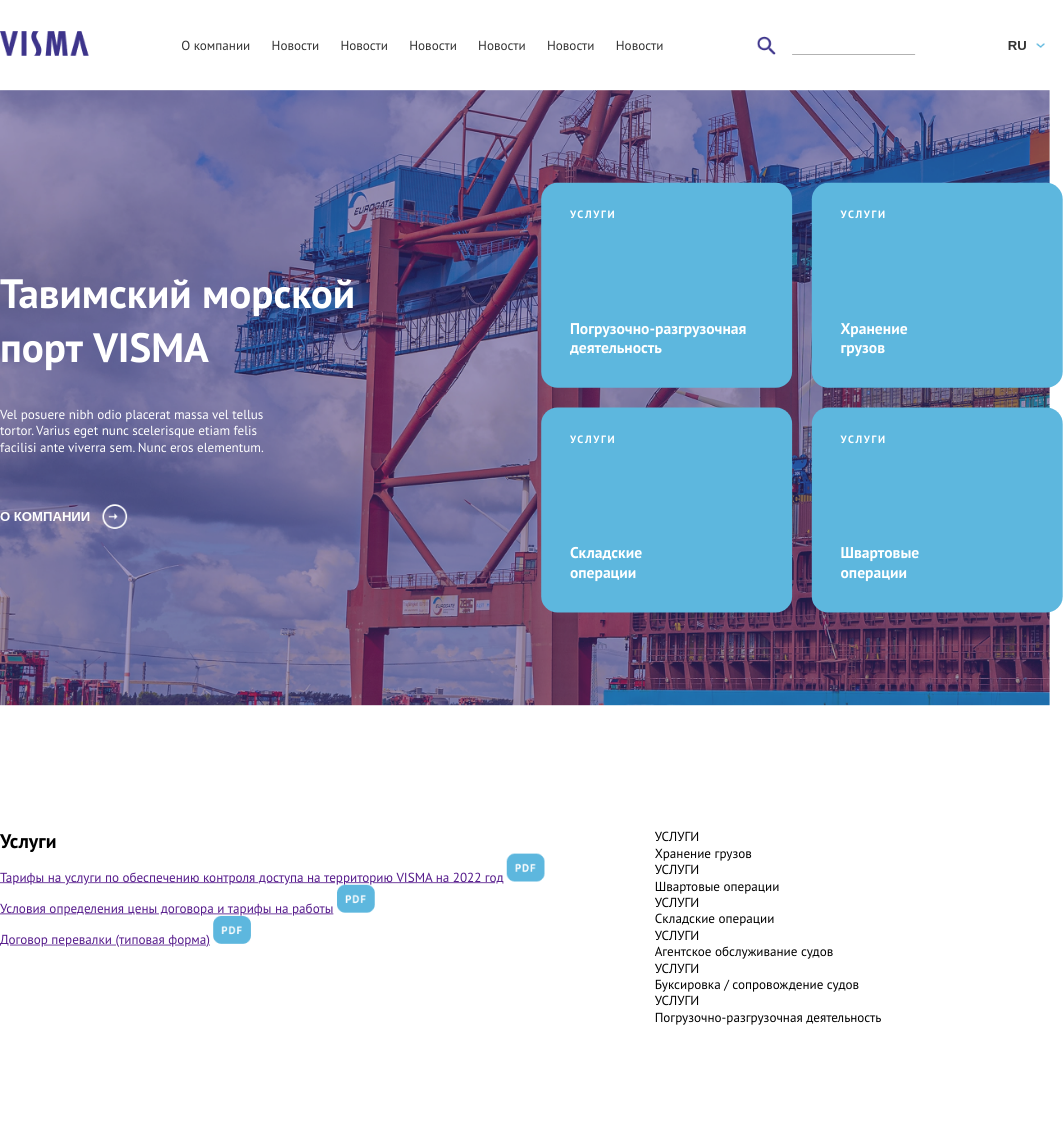
Repository: Shaiyr1/Visma
Page: index.html
These files come from the project's save history. The page is drawn as it stood at one moment and after a run of saves; the edit follows.
The browser window is 1280 px wide. The page is 1296 px wide, so the pictures cover 1296 px, including what lies to the right of the window. The pictures show the whole page, at 82% of full size.
The style sheet was rebuilt from its Sass, Less or Tailwind sources for each picture, by a compiler version that may differ from the author's.

Above is the page before, as saved 2026-09-16 14:32:38.

After the next 2 saves:
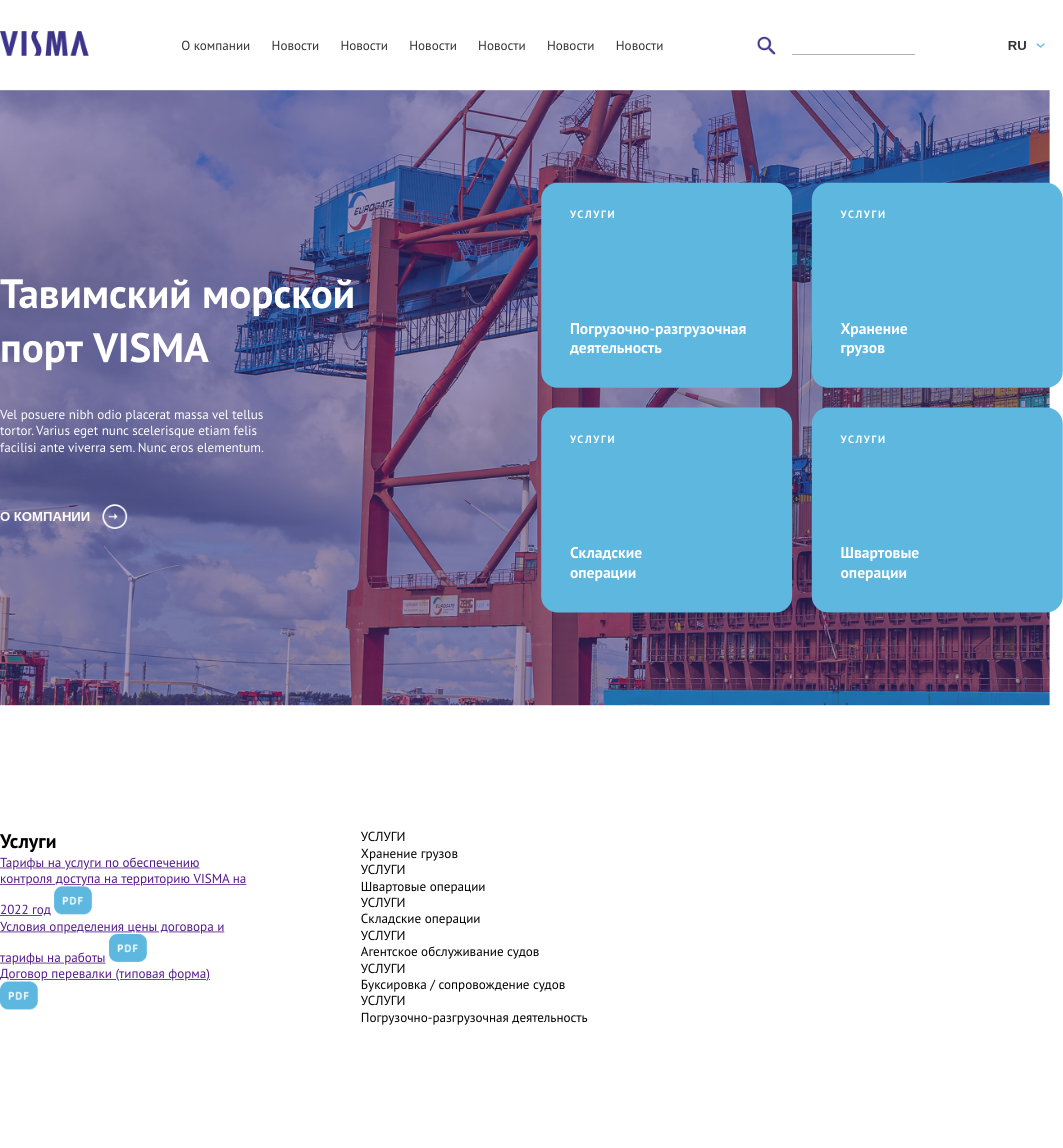
The 2 saves are shown as one change because they came seconds apart.
The last was saved 5 s later.
--- a/src/scss/services.scss
+++ b/src/scss/services.scss
@@ -7,7 +7,7 @@
     gap: 134px;
 }
 .services-block {
-
+    width: 306px;
 }
 .services-block__title {
 }
